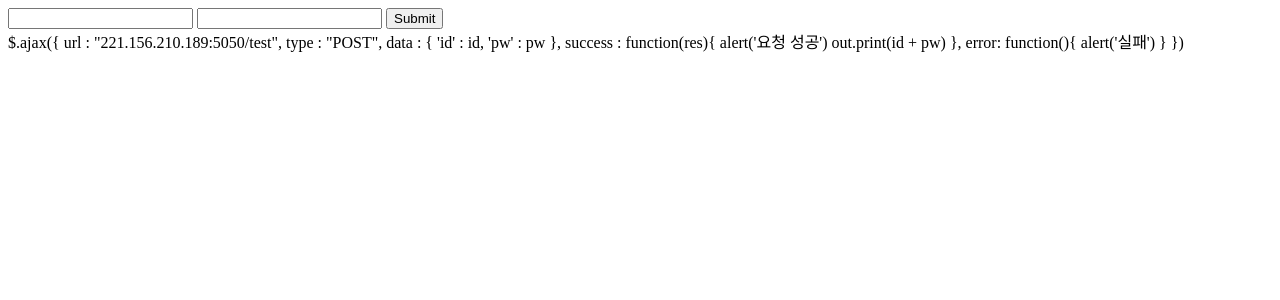
Repository: kkimchaerin/ibeojo
Page: http://localhost/test/test.jsp
The author's editor kept a copy of each file at every save. The page is drawn from the files as they stood at one save, then again after the next save.
The browser window is 1280 px wide. The pictures show the whole page.
The page is served by Tomcat 9.

Above is the page before, as saved 2024-06-23 10:47:49.

### test/src/main/webapp/test.jsp
<%@ page language="java" contentType="text/html; charset=EUC-KR"
    pageEncoding="EUC-KR"%>
<!DOCTYPE html>
<html>
<head>
<meta charset="EUC-KR">
<title>Insert title here</title>
</head>
<body>

<form action="Testcon">
<input type = "text" name = 'id'>
<input type = "text" name = "pw">
<input type = 'submit'>
</form>

$.ajax({
	url : "221.156.210.189:5050/test",
	type : "POST",
	data : {
		'id' : id,
		'pw' : pw
		},
		success : function(res){
		alert('요청 성공')
		out.print(id + pw)
		},
		error: function(){
		alert('실패')
		}
 })

</body>

</html>

After the next save:
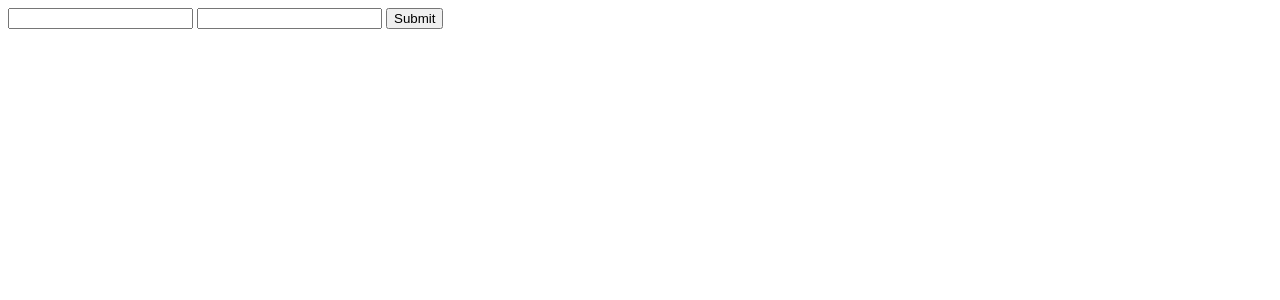
Console error: ReferenceError: $ is not defined
Saved 31 s later.
--- a/test/src/main/webapp/test.jsp
+++ b/test/src/main/webapp/test.jsp
@@ -14,6 +14,11 @@
 <input type = 'submit'>
 </form>
 
+
+
+</body>
+
+<script>
 $.ajax({
 	url : "221.156.210.189:5050/test",
 	type : "POST",
@@ -29,7 +34,6 @@ $.ajax({
 		alert('실패')
 		}
  })
-
-</body>
+</script>
 
 </html>
